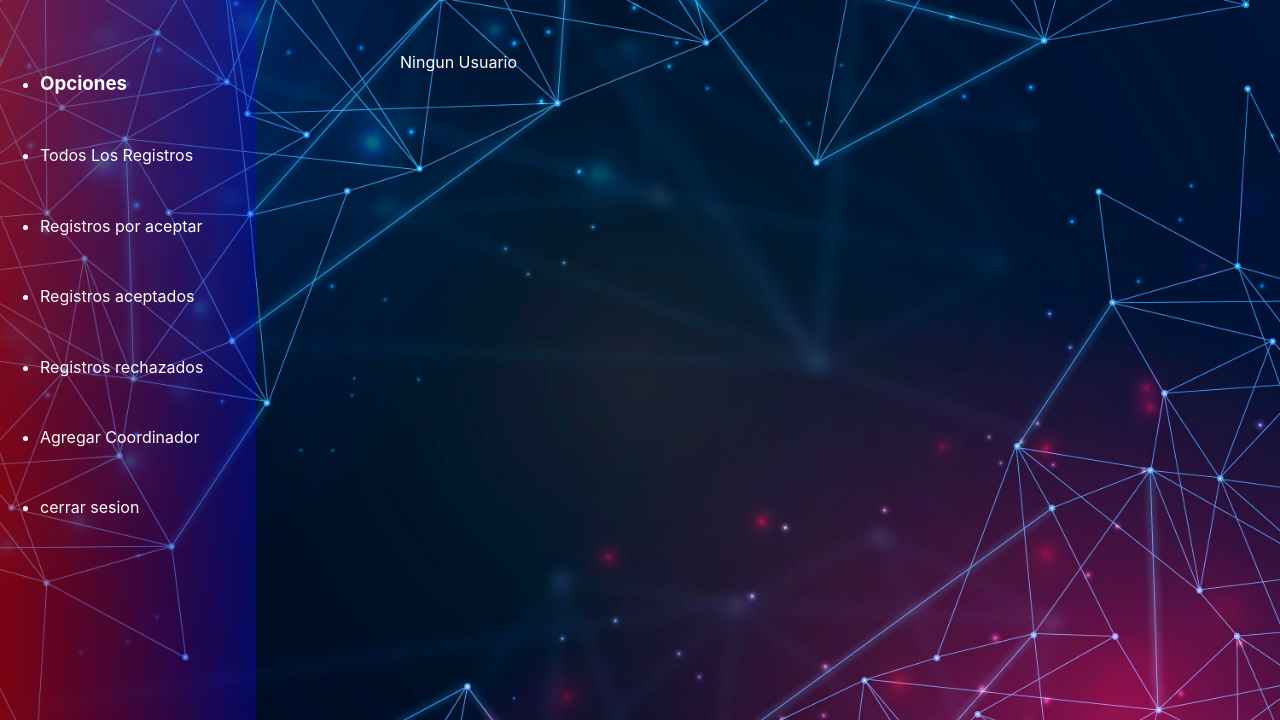
Repository: Davic1o/municipio
Page: /Administrador
An editor plug-in stored every save of this project. The page is shown before and after the next save, followed by the edit.
The browser window is 1280 px wide. The pictures show the whole page.
The project was rebuilt for these pictures with package versions that can differ from the ones it lists, and the page was loaded fresh each time. Also part of the build but not shown: src/pages/Login/login.css, src/pages/Login/Login.jsx, src/hooks/useRegistroActions.jsx, src/hooks/ListRegistros.jsx, src/pages/Administrador/RegistrosPorAceptar.jsx, src/pages/Administrador/tablas.css, src/pages/Administrador/RegistrosRechazados.jsx, src/pages/Administrador/AgregarCoordinador.jsx and 14 more.

Above is the page before, as saved 2024-02-13 08:13:49.

After the next save:
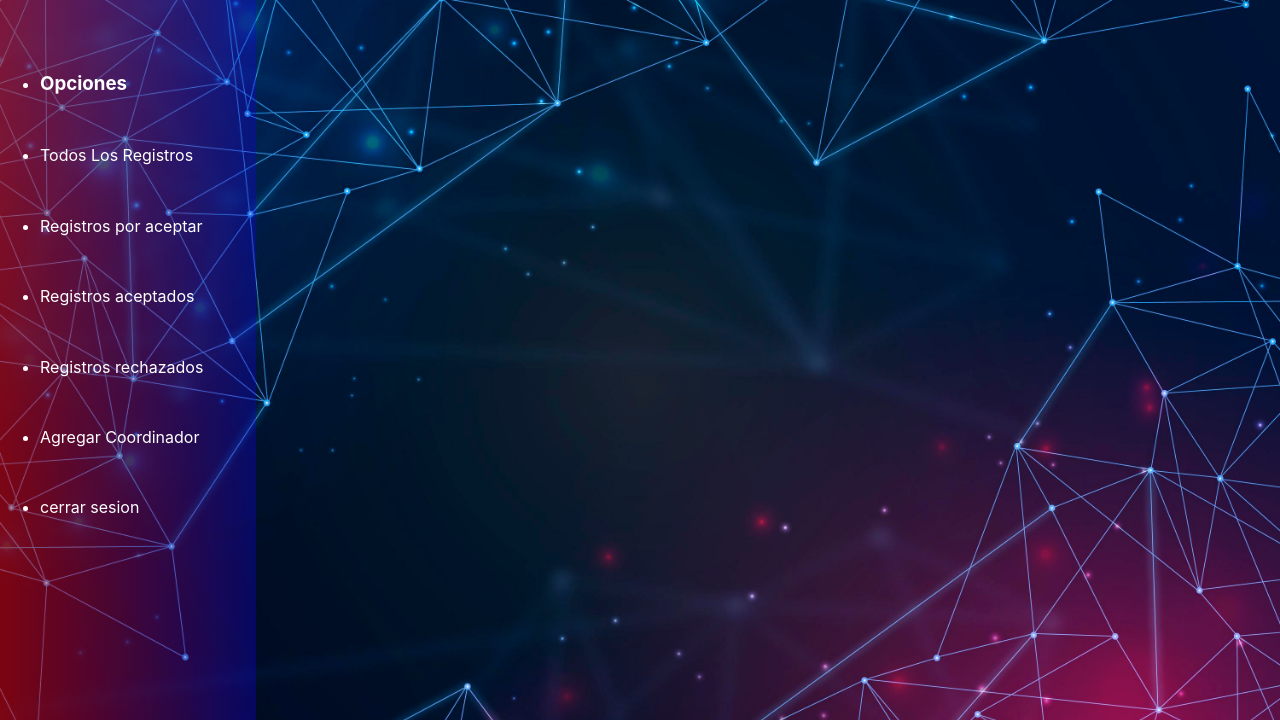
Saved 2 min 34 s later.
--- a/src/pages/Administrador/Admin.jsx
+++ b/src/pages/Administrador/Admin.jsx
@@ -47,7 +47,7 @@
             {/* Puedes mostrar más información del usuario según tu estructura de datos */}
           </>
         ) : (
-          <div className="Dashboard">
+          <div className="Dashboard" style={{ display: 'none' }}>
 
             <p>Ningun Usuario</p>
           {seccionActual === 'TodosLosregistros' && <TodosRegistros/>}

After the save that followed:
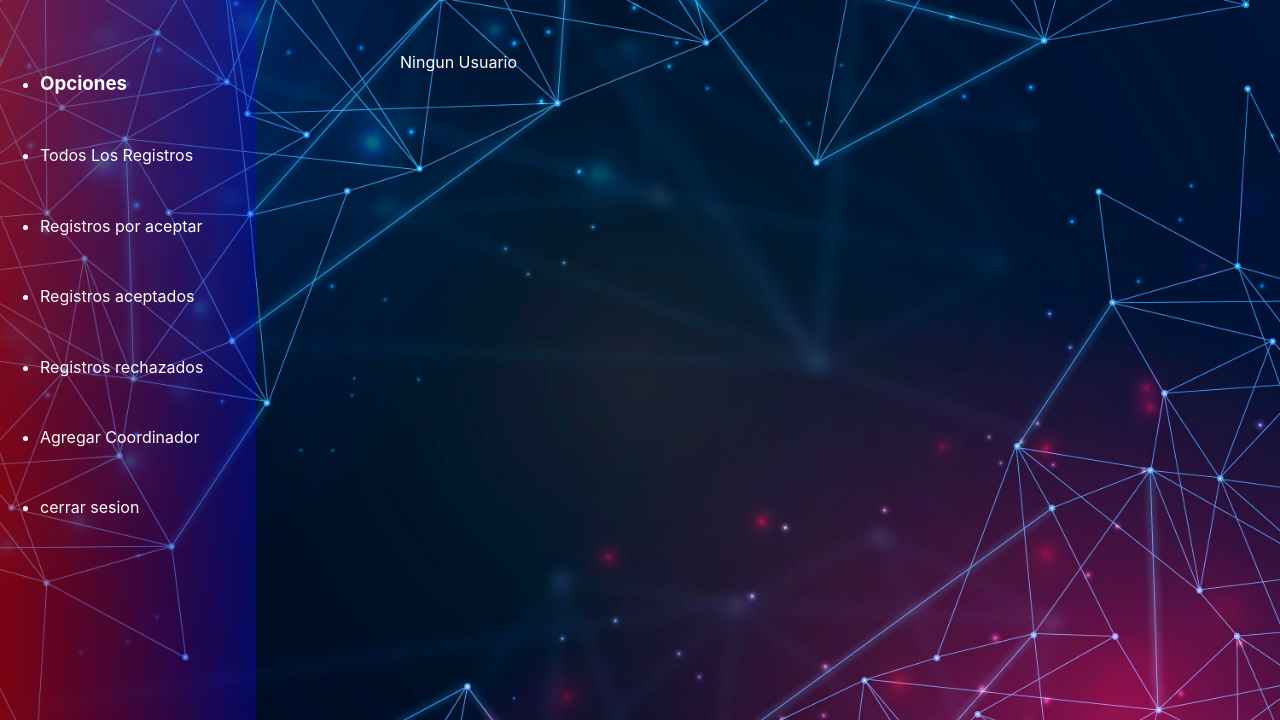
Saved 22 s later.
--- a/src/pages/Administrador/Admin.jsx
+++ b/src/pages/Administrador/Admin.jsx
@@ -47,7 +47,7 @@
             {/* Puedes mostrar más información del usuario según tu estructura de datos */}
           </>
         ) : (
-          <div className="Dashboard" style={{ display: 'none' }}>
+          <div className="Dashboard" style={{ display: 'hidden' }}>
 
             <p>Ningun Usuario</p>
           {seccionActual === 'TodosLosregistros' && <TodosRegistros/>}
